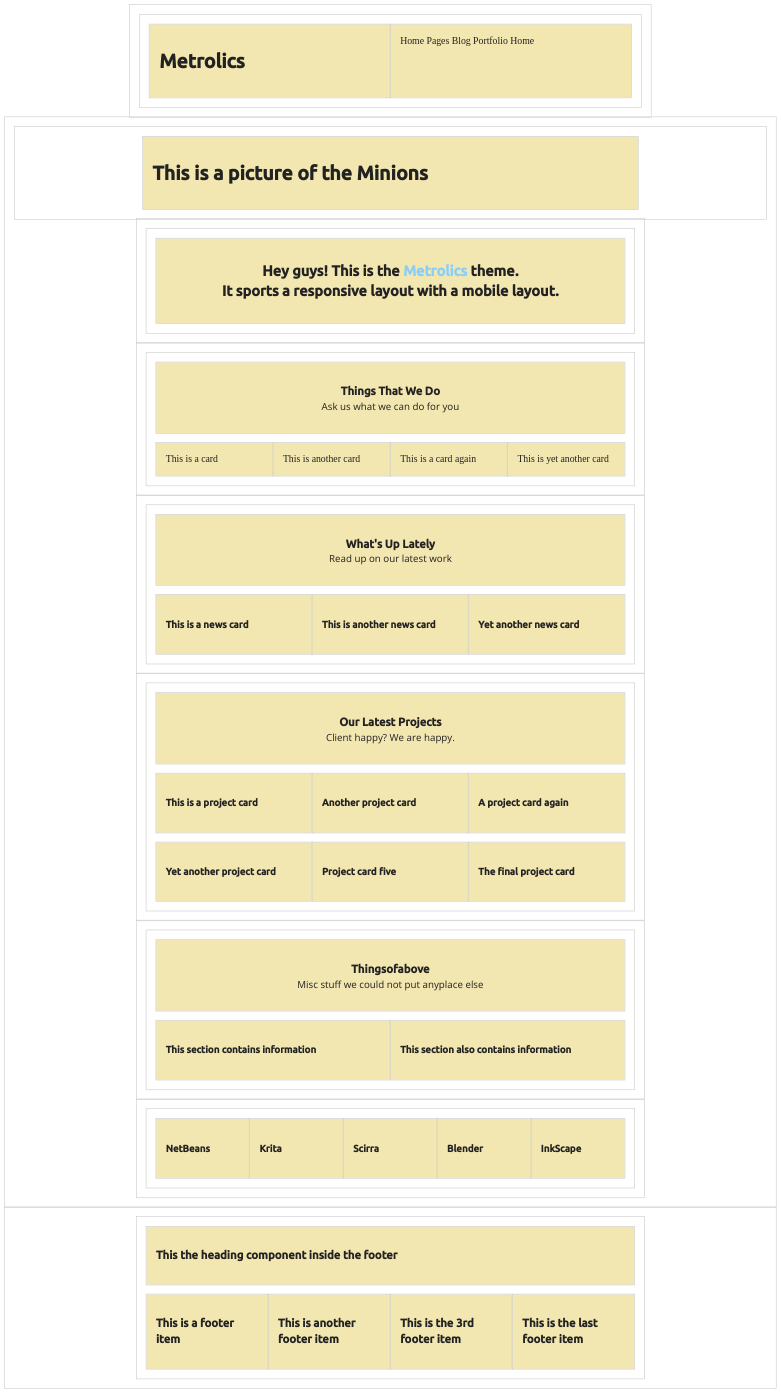
Repository: kennyharman/Marlowe_Kenny_Lab_02B
Page: index.html
An editor plug-in stored every save of this project. The page is shown before and after the next save, followed by the edit.
The browser window is 1280 px wide. The pictures show the whole page, at 61% of full size.

Above is the page before, as saved 2024-02-05 14:18:52.

### index.html
<!doctype html>
<html class="no-js" lang="EN">

<head>
  <meta charset="utf-8">
  <meta name="viewport" content="width=device-width, initial-scale=1">
  <title></title>
  <link rel="stylesheet" href="css/style.css">
  <link href="https://fonts.googleapis.com/css2?family=Open+Sans:ital,wght@0,400;0,700;1,400&family=Ubuntu:ital,wght@0,300;0,500;1,300&display=swap" rel="stylesheet">
  <meta name="description" content="">

  <meta property="og:title" content="Metrolics page">
  <meta property="og:type" content="website">
  <meta property="og:url" content="http://localhost:8888/metrolics/">

  <link rel="icon" href="/favicon.ico" sizes="any">
  <link rel="icon" href="/icon.svg" type="image/svg+xml">
  <link rel="apple-touch-icon" href="icon.png">

  <link rel="manifest" href="site.webmanifest">
  <meta name="theme-color" content="#fafafa">
</head>

<body class="page">
  <script src="js/app.js"></script>

<header class="page__header">
  <div class="row m-col-2 l-col-2 menu">
    <div class="col header__menu-logo">
      <h1>Metrolics</h1>
    </div>
    <div class="col header__menu-nav">
      Home
      Pages
      Blog
      Portfolio
      Home
    </div>
</header>

<main>
  <div class="page__banner">
    <div class="col banner-header">
      <h1>This is a picture of the Minions</h1>
    </div>
  </div>
  <div class="page__section">
    <div class="row header">
      <div class="col header-text">
        <h2>Hey guys! This is the <span class="text__color-change">Metrolics</span> theme.<br/>It sports a responsive layout with a mobile layout.</h2>
      </div>
    </div>
  </div>

  <div class="section-services">
    <div class="row m-col-2 l-col-4">
      <div class="col m-row-span l-row-span heading">
        <h3>Things That We Do</h3>
        <p>Ask us what we can do for you</p>
      </div>
      <div class="col services-card">
        This is a card
      </div>
      <div class="col services-card">
        This is another card
      </div>
      <div class="col services-card">
        This is a card again
      </div>
      <div class="col services-card">
        This is yet another card
      </div>
    </div>
  </div>
    </div>
  </div>

  <div class="section-work">
    <div class="row m-col-2 l-col-3">
      <div class="col m-row-span l-row-span heading">
        <h3>What's Up Lately</h3>
        <p>Read up on our latest work</p>
      </div>
      <div class="col m-row-span image">
        <h4>This is a news card</h4>
      </div>
      <div class="col image">
        <h4>This is another news card</h4>
      </div>
      <div class="col image">
        <h4>Yet another news card</h4>
      </div>
    </div>
  </div>

  <div class="section-projects">
    <div class="row m-col-2 l-col-3">
      <div class="col m-row-span l-row-span heading">
        <h3>Our Latest Projects</h3>
        <p>Client happy? We are happy.</p>
      </div>
      <div class="col image">
        <h4>This is a project card</h4>
      </div>
      <div class="col image">
        <h4>Another project card</h4>
      </div>
      <div class="col image">
        <h4>A project card again</h4>
      </div>
      <div class="col image">
        <h4>Yet another project card</h4>
      </div>
      <div class="col iamge">
        <h4>Project card five</h4>
      </div>
      <div class="col image">
        <h4>The final project card</h4>
      </div>
    </div>
  </div>

  <div class="section-misc">
    <div class="row l-col-2">
      <div class="col l-row-span heading">
        <h3>Thingsofabove</h3>
        <p>Misc stuff we could not put anyplace else</p>
      </div>
      <div class="col misc-content">
        <h4>This section contains information</h4>
      </div>
      <div class="col misc-content">
        <h4>This section also contains information</h4>
      </div>
    </div>
  </div>

  <div class="section-affiliates">
    <div class="row m-col-5 l-col-5">
      <div class="col affiliates-card">
        <h4>NetBeans</h4>
      </div>
      <div class="col affiliates-card">
        <h4>Krita</h4>
      </div>
      <div class="col affiliates-card">
        <h4>Scirra</h4>
      </div>
      <div class="col affiliates-card">
        <h4>Blender</h4>
      </div>
      <div class="col affiliates-card">
        <h4>InkScape</h4>
      </div>
    </div>
  </div>
</main>
<footer class="page__footer">
  <div class="row m-col-2 l-col-4 footer">
    <div class="col m-row-span l-row-span footer-heading">
      <h3>This the heading component inside the footer</h3>
    </div>
    <div class="col footer-item">
      <h3>This is a footer item</h3>
    </div>
    <div class="col footer-item">
      <h3>This is another footer item</h3>
    </div>
    <div class="col footer-item">
      <h3>This is the 3rd footer item</h3>
    </div>
    <div class="col footer-item">
      <h3>
        This is the last footer item
      </h3>
    </div>
  </div>
</footer>
</body>

### css/style.css
/*! HTML5 Boilerplate v9.0.0-RC1 | MIT License | https://html5boilerplate.com/ */

/* main.css 3.0.0 | MIT License | https://github.com/h5bp/main.css#readme */
/*
 * What follows is the result of much research on cross-browser styling.
 * Credit left inline and big thanks to Nicolas Gallagher, Jonathan Neal,
 * Kroc Camen, and the H5BP dev community and team.
 */

/* ==========================================================================
   Base styles: opinionated defaults
   ========================================================================== */

html {
  color: #222;
  font-size: 1em;
  line-height: 1.4;
}

/*
 * Remove text-shadow in selection highlight:
 * https://twitter.com/miketaylr/status/12228805301
 *
 * Customize the background color to match your design.
 */

::-moz-selection {
  background: #b3d4fc;
  text-shadow: none;
}

::selection {
  background: #b3d4fc;
  text-shadow: none;
}

/*
 * A better looking default horizontal rule
 */

hr {
  display: block;
  height: 1px;
  border: 0;
  border-top: 1px solid #ccc;
  margin: 1em 0;
  padding: 0;
}

/*
 * Remove the gap between audio, canvas, iframes,
 * images, videos and the bottom of their containers:
 * https://github.com/h5bp/html5-boilerplate/issues/440
 */

audio,
canvas,
iframe,
img,
svg,
video {
  vertical-align: middle;
}

/*
 * Remove default fieldset styles.
 */

fieldset {
  border: 0;
  margin: 0;
  padding: 0;
}

/*
 * Allow only vertical resizing of textareas.
 */

textarea {
  resize: vertical;
}

/* ==========================================================================
   Author's custom styles
   ========================================================================== */

/* ==========================================================================
   Helper classes
   ========================================================================== */

/*
 * Hide visually and from screen readers
 */

.hidden,
[hidden] {
  display: none !important;
}

/*
 * Hide only visually, but have it available for screen readers:
 * https://snook.ca/archives/html_and_css/hiding-content-for-accessibility
 *
 * 1. For long content, line feeds are not interpreted as spaces and small width
 *    causes content to wrap 1 word per line:
 *    https://medium.com/@jessebeach/beware-smushed-off-screen-accessible-text-5952a4c2cbfe
 */

.visually-hidden {
  border: 0;
  clip: rect(0, 0, 0, 0);
  height: 1px;
  margin: -1px;
  overflow: hidden;
  padding: 0;
  position: absolute;
  white-space: nowrap;
  width: 1px;
  /* 1 */
}

/*
 * Extends the .visually-hidden class to allow the element
 * to be focusable when navigated to via the keyboard:
 * https://www.drupal.org/node/897638
 */

.visually-hidden.focusable:active,
.visually-hidden.focusable:focus {
  clip: auto;
  height: auto;
  margin: 0;
  overflow: visible;
  position: static;
  white-space: inherit;
  width: auto;
}

/*
 * Hide visually and from screen readers, but maintain layout
 */

.invisible {
  visibility: hidden;
}

/*
 * Clearfix: contain floats
 *
 * The use of `table` rather than `block` is only necessary if using
 * `::before` to contain the top-margins of child elements.
 */

.clearfix::before,
.clearfix::after {
  content: "";
  display: table;
}

.clearfix::after {
  clear: both;
}

/* ==========================================================================
   EXAMPLE Media Queries for Responsive Design.
   These examples override the primary ('mobile first') styles.
   Modify as content requires.
   ========================================================================== */

@media only screen and (min-width: 35em) {
  /* Style adjustments for viewports that meet the condition */
}

@media print,
  (-webkit-min-device-pixel-ratio: 1.25),
  (min-resolution: 1.25dppx),
  (min-resolution: 120dpi) {
  /* Style adjustments for high resolution devices */
}

/* ==========================================================================
   Print styles.
   Inlined to avoid the additional HTTP request:
   https://www.phpied.com/delay-loading-your-print-css/
   ========================================================================== */

@media print {
  *,
  *::before,
  *::after {
    background: #fff !important;
    color: #000 !important;
    /* Black prints faster */
    box-shadow: none !important;
    text-shadow: none !important;
  }

  a,
  a:visited {
    text-decoration: underline;
  }

  a[href]::after {
    content: " (" attr(href) ")";
  }

  abbr[title]::after {
    content: " (" attr(title) ")";
  }

  /*
   * Don't show links that are fragment identifiers,
   * or use the `javascript:` pseudo protocol
   */
  a[href^="#"]::after,
  a[href^="javascript:"]::after {
    content: "";
  }

  pre {
    white-space: pre-wrap !important;
  }

  pre,
  blockquote {
    border: 1px solid #999;
    page-break-inside: avoid;
  }

  tr,
  img {
    page-break-inside: avoid;
  }

  p,
  h2,
  h3 {
    orphans: 3;
    widows: 3;
  }

  h2,
  h3 {
    page-break-after: avoid;
  }
}

/* Our Styling */
div,
main,
section,
footer,
header {
  outline: 1px solid #ccc;
  min-height: 1rem;
  padding: 1rem;
}

h1,
h2,
h3,
h4,
h5,
h6 {
    font-family: 'Ubuntu', sans-serif;
}

p {
    font-family: 'Open Sans', sans-serif;
}

.row {
  display: grid;
  row-gap: 1rem;
}

.col {
  position: relative;
  background-color: rgb(242, 230, 177);
}

.page__header,
.banner-header,
.page__section,
.section-services,
.section-work,
.section-projects,
.section-misc,
.section-affiliates,
.footer {
  margin: auto;
  width: 65%;
}

.heading {
  display: flex;
  flex-direction: column;
  align-items: center;
  padding: 0 auto;
}

.heading > h3 {
  margin-bottom: 0;
}

.heading > p {
  margin-top: 0;
}

.header-text {
  text-align: center;
}

.text__color-change {
  color: lightskyblue;
}

/* Small only */
@media screen and (max-width: 39.9375em) {
  .header__menu-nav {
    display: none;
  }
  .banner {
    display: none;
  }
  .affiliates {
    display: none;
  }
  .misc {
    display: none;
  }
}

/* Medium only */
@media screen and (min-width: 40em) and
(max-width: 63.9375em) {
  .row {
    max-width: 70rem;
    column-gap: 1.5rem;
    row-gap: 1.5rem;
    margin: 0 auto;
  }
  .m-col-2 {
    grid-template-columns: 1fr 1fr;
  }
  .m-col-3 {
    grid-template-columns: repeat(3, 1fr);
  }
  .m-col-4 {
    grid-template-columns: repeat(4, 1fr);
  }
  .m-col-5 {
    grid-template-columns: repeat(5, 1fr);
  }

  .m-row-span {
    grid-column-start: 1;
    grid-column-end: -1;
  }
}

/* Large only */
@media screen and (min-width: 64em) {
  .l-col-2 {
    grid-template-columns: 1fr 1fr;
  }
  .l-col-3 {
    grid-template-columns: repeat(3, 1fr);
  }
  .l-col-4 {
    grid-template-columns: repeat(4, 1fr);
  }
  .l-col-5 {
    grid-template-columns: repeat(5, 1fr);
  }

  .l-row-span {
    grid-column-start: 1;
    grid-column-end: -1;
  }
}

Loaded but not shown: js/app.js (no stored copy; drawn as an empty file)

After the next save:
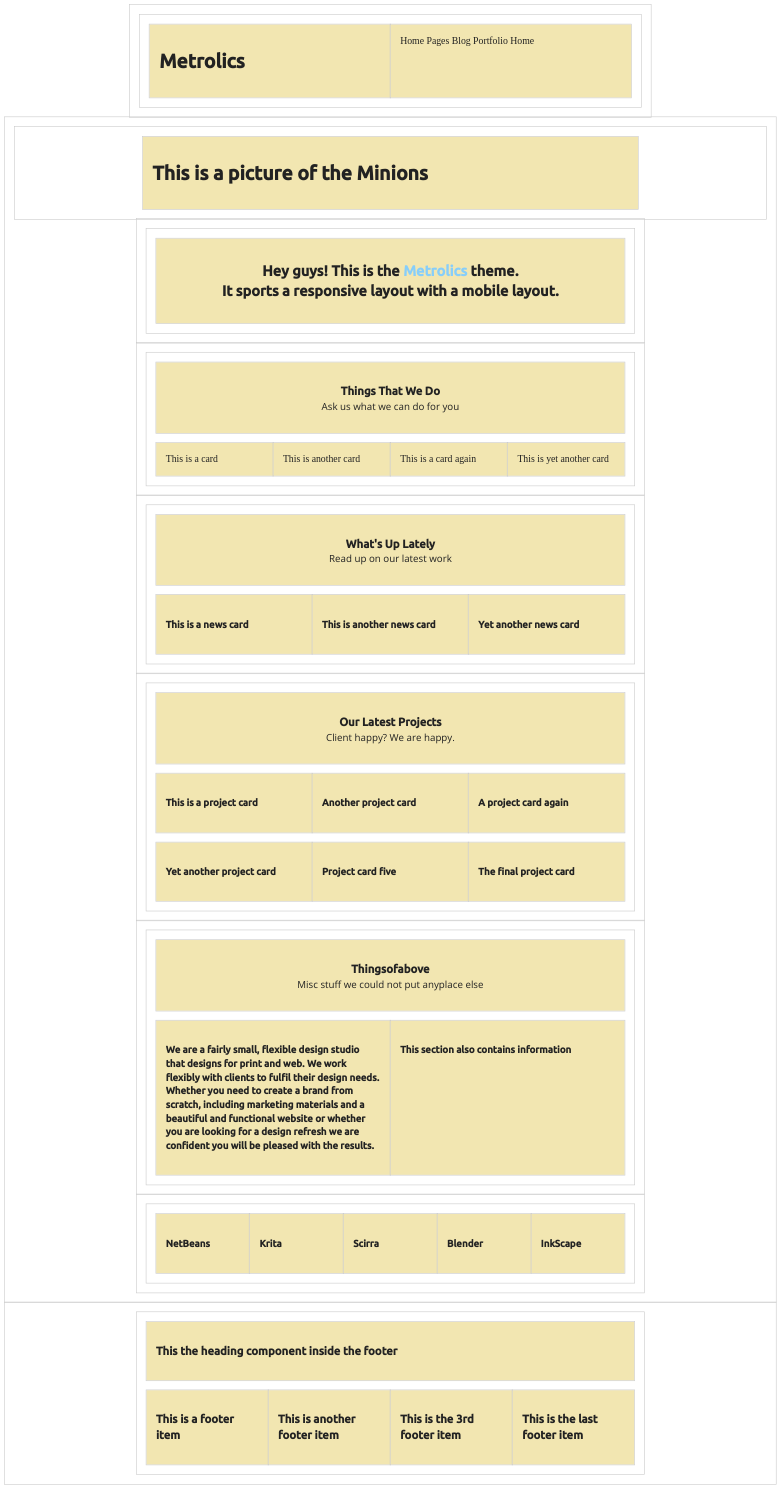
Saved 61 s later.
--- a/index.html
+++ b/index.html
@@ -127,7 +127,7 @@
         <p>Misc stuff we could not put anyplace else</p>
       </div>
       <div class="col misc-content">
-        <h4>This section contains information</h4>
+        <h4>We are a fairly small, flexible design studio that designs for print and web. We work flexibly with clients to fulfil their design needs. Whether you need to create a brand from scratch, including marketing materials and a beautiful and functional website or whether you are looking for a design refresh we are confident you will be pleased with the results.</h4>
       </div>
       <div class="col misc-content">
         <h4>This section also contains information</h4>
